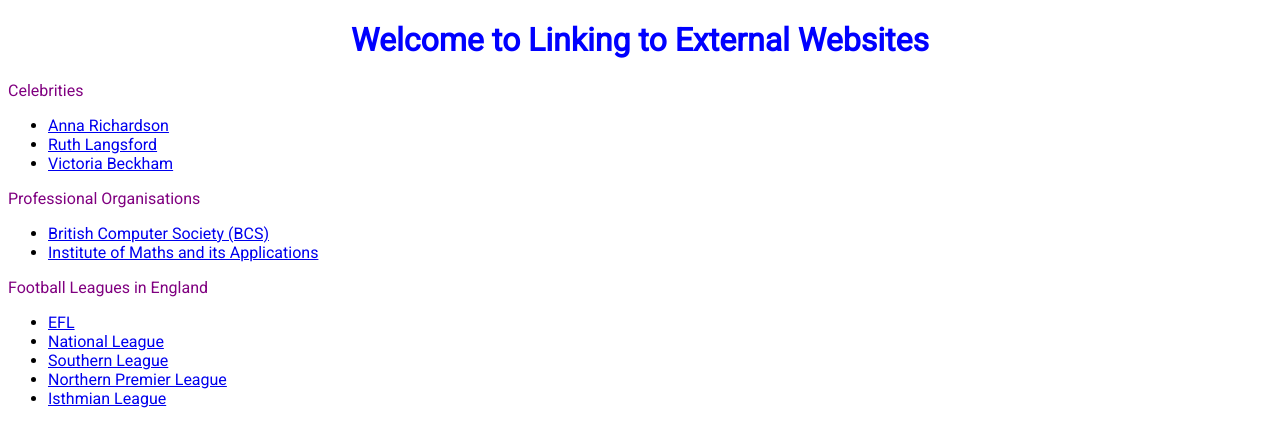
Repository: derektypist/linking-to-external-websites
Page: index.html
The author's editor kept a record of every edit. The page is drawn from the files as they stood at one moment, then again after the next edit.
The browser window is 1280 px wide. The pictures show the whole page.

Above is the page before.

After the next edit:
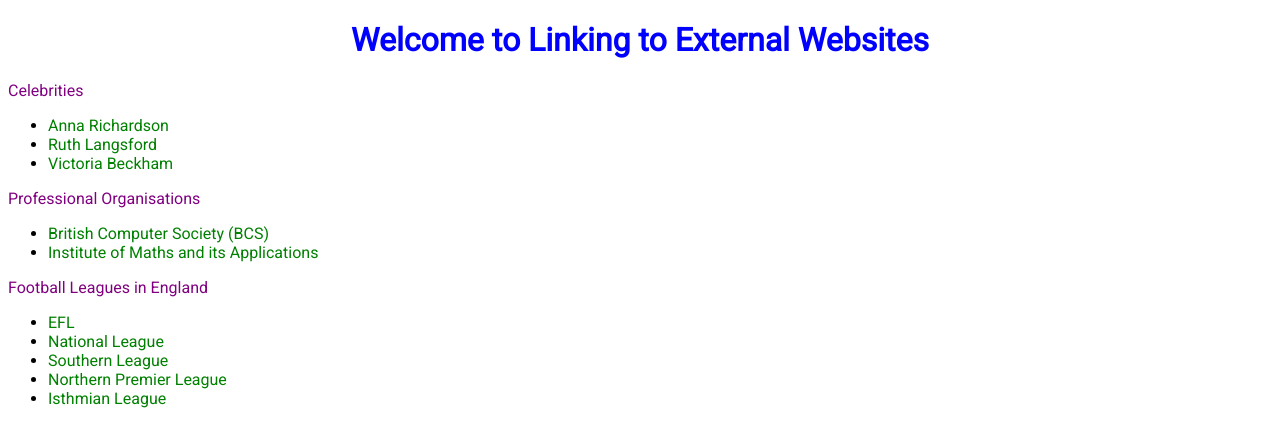
The edit:
--- a/style.css
+++ b/style.css
@@ -5,12 +5,26 @@
 }
 
 /* Heading */
+
 h1 {
     color: blue;
     text-align: center;
 }
 
 /* Paragraph */
+
 p {
     color: purple;
 }
+
+/* List Items */
+
+li a {
+    text-decoration: none;
+    color: green;
+}
+
+li a:hover {
+    text-decoration: none;
+    color: orange;
+}
